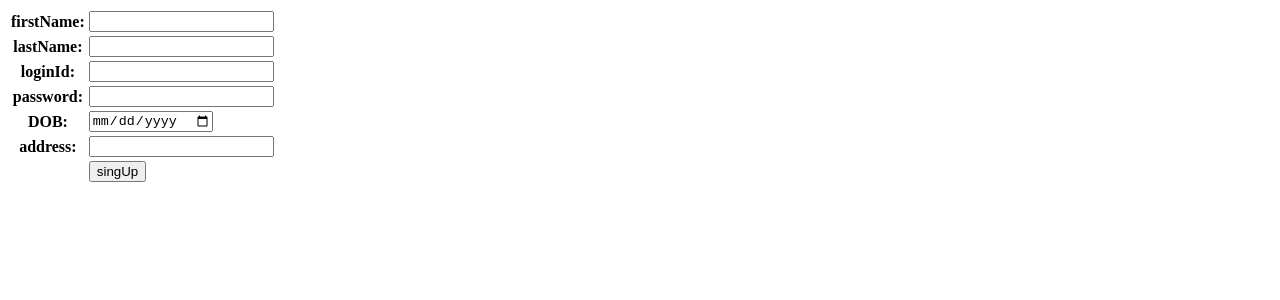
Repository: vikash9562/AdvanceJava
Page: http://localhost/DynamicProject/UserRegistration.jsp
The author's editor kept a copy of each file at every save. The page is drawn from the files as they stood at one save, then again after the next save.
The browser window is 1280 px wide. The pictures show the whole page.
The page is served by Tomcat 9.

Above is the page before, as saved 2023-08-14 09:33:08.

After the next save:
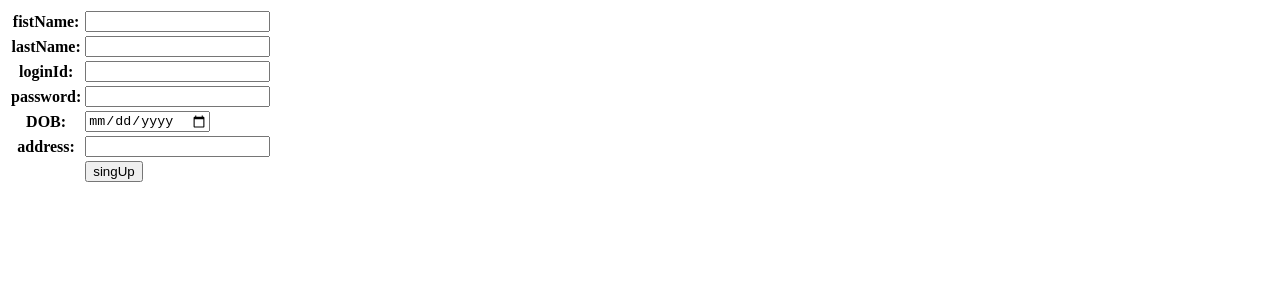
Saved 5 min 16 s later.
--- a/advance java/DynamicProject/WebContent/UserRegistration.jsp
+++ b/advance java/DynamicProject/WebContent/UserRegistration.jsp
@@ -10,8 +10,8 @@
 		<form action="Welcome.jsp">
 					<table>
 							<tr>
-								<th> firstName:</th>
-								<td><Input type="text"name="firstName"></td>
+								<th> fistName:</th>
+								<td><Input type="text"name="fistName"></td>
 							</tr>
 
 							<tr>
